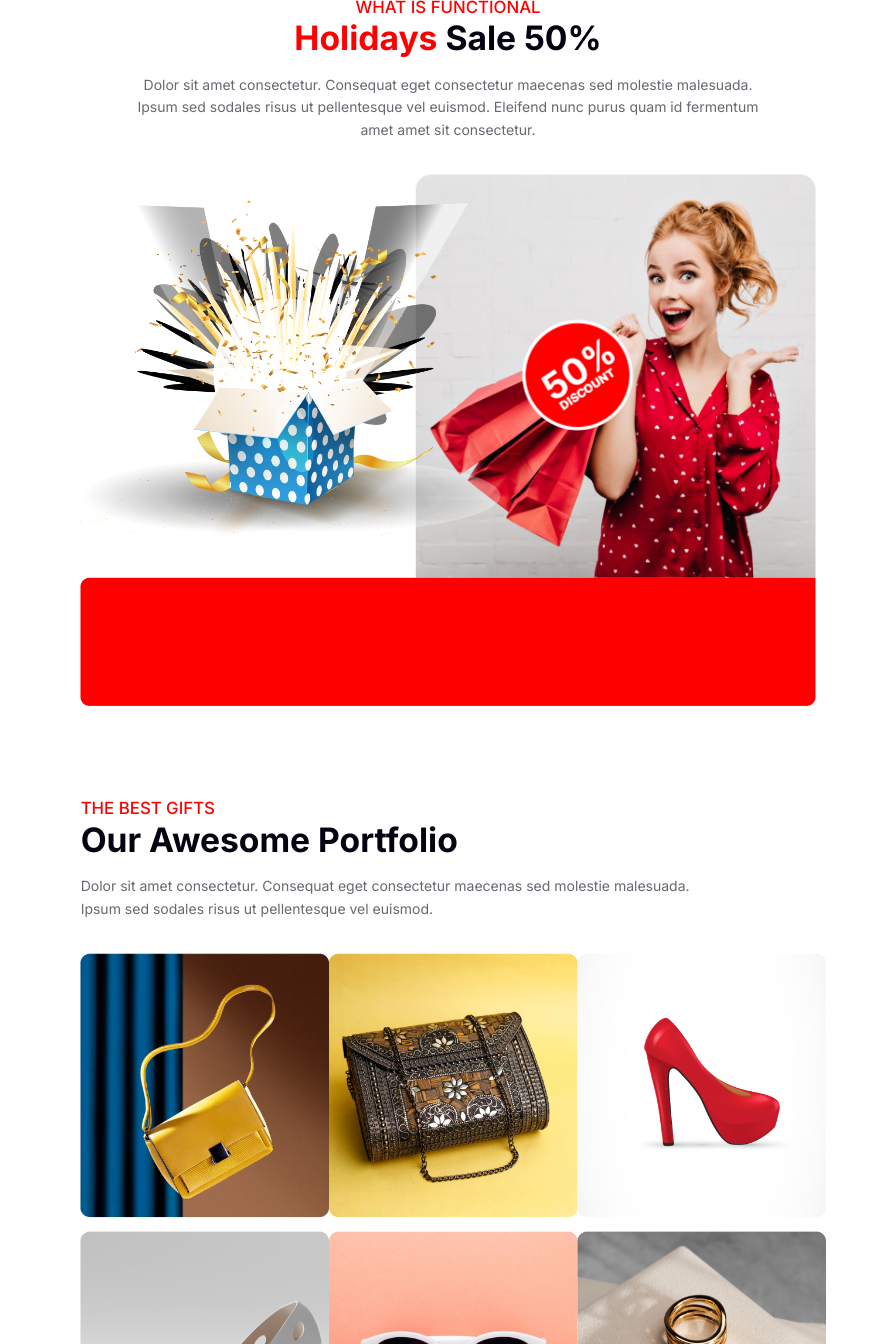
Repository: rahmatahmedrifat/First-Assignment
Page: index.html
The author's editor kept a copy of each file at every save. The page is drawn from the files as they stood at one save, then again after the next save.
The browser window is 1280 px wide. The pictures show the part of the page from y = 3418 to 5338 px (the page is 7007 px tall before and 6935 px after), at 70% of full size.

Above is the page before, as saved 2024-01-09 16:58:27.

### index.html
<!DOCTYPE html>
<html lang="en">
<head>
    <meta charset="UTF-8">
    <meta name="viewport" content="width=device-width, initial-scale=1.0">
    <!-- Title  -->
    <title>New Year 2024</title>
    <!-- favicon icon linked -->
    <link rel="shortcut icon" href="images/New Year Photo.png" type="image/x-icon">
    <!-- style css linked-->
    <link rel="stylesheet" href="Style/style.css">
</head>
<body>
    <!-- header part  -->
    <header>
        <!-- banner section part -->
        <section id="banner">
            <div class="container">
                <div class="banner-container">
                    <div class="banner-content">
                        <h3 class="celebration">Happy New Year</h3>
                        <h2 class="banner-title">New Year Party Celebration</h2>
                    </div>
                </div>
            </div>
        </section>
    </header>
    <!-- main part -->
    <main>
        <!-- categories section part  -->
            <section id="categories">
                <div class="container">
                    <div class="categories-container">
                        <h2 class="categories-discount">65% OFF</h2>
                        <p class="primary-summery">OUR HOLIDAY DEALS ARE BETTER</p>
                        <h3 class="categories-title">ALL CATEGORIES</h3>
                        <div class="categories-img">
                            <img id="new-year-img" src="images/New Year Photo.png" alt="Happy New Year">
                        </div>
                    </div>
                </div>
            </section>

            <!-- party-banner section part -->
            <section id="party-banner">
                <div class="container">
                    <div class="party-container">
                        <div class="party-content">
                            <h2 class="party-title">Welcome to midnight party</h2>
                            <p class="party-description">Dolor sit amet consectetur. Consequat eget consectetur maecenas sed molestie malesuada. Ipsum sed sodales risus ut pellentesque vel euismod. </p>
                            <button id="join-now-btn">JOIN NOW</button>
                        </div>
                        <img class="party-img" src="images/icon/Group 70.png" alt="party-img">
                    </div>
                </div>
            </section>
            <!-- Announce section part -->
            <section id="announce">
                <div class="container">
                    <div class="announce-content">
                        <h4 class="announce-title"><span class="title-color">Place:</span> New Park Hotel</h4>
                        <h4 class="announce-title"><span class="title-color">Date:</span> 31 December Night 2023</h4>
                        <h4 class="announce-title"><span class="title-color">Time:</span> Evening 7.30 pm to 12.30 am</h4>
                        <button class="announce-btn">Join Now</button>
                    </div>
                </div>
            </section>
            <!-- best offer section part -->
            <section id="best-offer">
                <div class="container">
                    <div class="best-offer-container">
                        <div class="best-offer-content">
                            <p class="primary-summery">NEW BEST OFFER</p>
                            <h3 class="similer-title">Coming Soon</h3>
                            <p class="similer-description">Dolor sit amet consectetur. Consequat eget consectetur maecenas sed molestie malesuada. Ipsum sed sodales risus ut pellentesque vel euismod. </p>
                        </div>
                        <div class="best-offer-img-content">

                                <img class="best-offer-img" src="images/Ellipse 1.png" alt="best-offer-images">

                        </div>
                        <div class="best-offer-year-content">
                            <h3 class="best-offer-year">2024</h3>
                            <p class="best-offer-description">Dolor sit amet consectetur. Consequat eget consectetur maecenas sed.</p>
                            <img class="best-offer-year-img" src="images/icon/Group 96.png" alt="best-offer-year-img">
                        </div>
                    </div>
                </div>
            </section>
            <!-- holiday section part  -->
            <section id="holiday">
                <div class="container">
                    <div class="holiday-container">
                        <div class="holiday-content">
                            <p class="primary-summery">WHAT IS FUNCTIONAL</p>
                        <h3 class="similer-title"><span class="title-color">Holidays</span> Sale 50%</h3>
                        <p class="similer-description">Dolor sit amet consectetur. Consequat eget consectetur maecenas sed molestie malesuada. Ipsum sed
                            sodales risus ut pellentesque vel euismod. Eleifend nunc purus quam id
                            fermentum amet amet sit consectetur.</p>
                        </div>
                        <div class="holiday-back-img">
                            <div class="holiday-gift-content">
                                <img src="images/icon/Group 75.png" alt="">
                            </div>
                            <div class="holiday-discount-content">
                                <img src="images/icon/Group 44.png" alt="">
                            </div>
                            <!-- <div class="holiday-ladies-content">
                                <img src="images/Rectangle 1.png" alt="">
                            </div> -->
                        </div>
                        <div class="holiday-bottom">
                            <img src="images/Rectangle 2.png" alt="">
                        </div>
                    </div>
                </div>
            </section>
            <!-- Portfolio section part -->

            <section id="portfolio">
                <div class="container">
                    <div class="portfolio-container">
                        <div class="portfolio-box">
                            <p class="primary-summery">THE BEST GIFTS</p>
                            <h3 class="similer-title">Our Awesome Portfolio</h3>
                            <p class="similer-description description-padd">Dolor sit amet consectetur. Consequat eget consectetur maecenas sed molestie malesuada. Ipsum sed sodales risus ut pellentesque vel euismod. </p>
                        </div>
                            <div class="portfolio-content">
                                <img class="portfolio-img" src="images/Portfolio images/Rectangle 3.png" alt="">
                                <img class="portfolio-img" src="images/Portfolio images/Rectangle 4.png" alt="">
                                <img class="portfolio-img" src="images/Portfolio images/Rectangle 5.png" alt="">
                            </div>
                            <div class="portfolio-content">
                                <img class="portfolio-img" src="images/Portfolio images/Rectangle 6.png" alt="">
                                <img class="portfolio-img" src="images/Portfolio images/Rectangle 7.png" alt="">
                                <img class="portfolio-img" src="images/Portfolio images/Rectangle 8.png" alt="">
                            </div>
                        </div>
                    </div>
            </section>
            <!-- newsletter section part -->
            <section id="newsletter">
                <div class="container">
                    <div class="news-container">
                        <div class="news-content">
                            <img src="images/icon/Group 61.png" alt="">
                            <h3 class="similer-title">Subscribe Newsletter</h3>
                            <p class="similer-description description-mar">Dolor sit amet consectetur. Consequat eget consectetur maecenas sed molestie malesuada. Ipsum sed sodales risus ut pellentesque vel euismod. </p>
                            <form class="form" action="">
                                <input type="email" placeholder="user@gmail.com" alt="email" id="">
                                <button class="subscribe-btn">Subscribe</button>
                            </form>
                        </div>

                    </div>
                </div>
            </section>
    </main>
    <!--  footer part -->
    <footer>
        <section id="footer">
            <div class="container">
                <div class="footer-describe-part line-color">
                    <div class="footer-address">
                        <p class="address-similer">44, Big Building Roosevelt Street</p>
                        <p class="address-similer">Beach Gardens Florida 33410</p>
                    </div>
                    <div class="footer-address">
                        <div class="call-icon">
                            <img src="images/icon/Call.png" alt="">
                            <a class="address-similer">+00 123 584 124</a>
                        </div>
                        <div class="website-icon">
                            <img src="images/icon/Website.png" alt="">
                            <a class="address-similer">www.website.com</a>
                        </div>
                    </div>
                </div>

                <div class="footer-social line-color">
                    <a href=""><img src="images/icon/Facebook.png" alt=""></a>
                    <a href=""><img src="images/icon/Instagram.png" alt=""></a>
                    <a href=""><img src="images/icon/Twitter.png" alt=""></a>
                    <a href=""><img src="images/icon/Linkedin.png" alt=""></a>
                </div>

                <div class="reserved">
                    <p>2017, All Rights Reserved.</p>
                    <p>Unsubscribe</p>
                </div>
            </div>
        </section>
    </footer>
</body>
</html>

### Style/style.css
/* import google fonts */
@import url('https://fonts.googleapis.com/css2?family=Inter:wght@100;200;300;400;500;600;700;800;900&family=Merriweather:ital,wght@0,300;0,400;0,700;0,900;1,300;1,400;1,700;1,900&display=swap');

*{
    margin: 0;
    padding: 0;
    outline: 0;
}

.container{
    width: 82%;
    margin: 0 auto;
}
/* primary content */
.primary-summery{
    font-family: Inter;
    font-size: 24px;
    font-style: normal;
    font-weight: 500;
    color: #F00;
    line-height: normal;
}
/* title-color */
.title-color{
    color: #F00;
}
/* banner section related css style */
#banner{
    margin-top: 30px;
}
.banner-container{
    background-image: linear-gradient(180deg, #070211 0%, rgba(7, 2, 17, 0.00) 100%), url(../images/Banner\ Image.png);
    background-size: cover;
    background-repeat: no-repeat;
    background-position: center;
    border-radius: 16px;
    padding: 177px 0px;
}
.banner-container .banner-content{
    width: 632px;
    margin: 0 auto;
}
.banner-container .banner-content .celebration{
    color: #FFF;
    text-align: center;
    font-family: Merriweather;
    font-size: 32px;
    font-style: normal;
    font-weight: 400;
    line-height: normal;
    margin-bottom: 16px;
    z-index: 99;
}
.banner-container .banner-content .banner-title{
    color: #FFF;
    text-align: center;
    font-family: Merriweather;
    font-size: 72px;
    font-style: normal;
    font-weight: 900;
    line-height: 95px;
}
/* categories section related css style */

#categories{
    margin: 120px 0px;
}
.categories-container{
    text-align: center;
}
.categories-container .categories-discount{
    font-family: Inter;
    font-size: 88px;
    font-style: normal;
    font-weight: 700;
    color: #F00;
    line-height: normal;
    margin-bottom: 48px;
}

.categories-title{
    font-family: Inter;
    font-size: 48px;
    font-style: normal;
    font-weight: 700;
    color: #070211;
    line-height: normal;
    margin-bottom: 48px;
}
.categories-container .categories-img{
    width: 800px;
    margin: 0 auto;
}
.categories-img #new-year-img{
    max-width: 100%;
}

/* party-banner section css style  */
#party-banner{

}
.party-container{
    background-image: linear-gradient(90deg, #070211 0%, rgba(7, 2, 17, 0.00) 100%), url(../images/Vectorrr.png);
    background-position: center;
    background-repeat: no-repeat;
    background-size: cover;
    display: flex;
    align-items: center;
    justify-content: space-between;
    border-radius: 16px;
    padding: 70px 70px;
}
.party-container .party-content{
    width: 900px;
}
.party-content .party-title{
    font-family: Merriweather;
    font-size: 64px;
    font-style: normal;
    font-weight: 900;
    color: #FFF;
    line-height: 88px;
    letter-spacing: 3px;
}
.party-content .party-description{
    font-family: Inter;
    font-size: 18px;
    font-style: normal;
    font-weight: 400;
    color: rgba(255, 255, 255, 0.80);
    line-height: 30px;
    margin-top: 20px;
}
#join-now-btn{
    font-family: Inter;
    font-size: 20px;
    font-style: normal;
    font-weight: 700;
    color: #FFF;
    background: transparent;
    line-height: normal;
    text-transform: uppercase;
    border: none;
    cursor: pointer;
    margin-top: 48px;
    margin-left: 32px;
}
.party-container .party-img{
    width: 270px;
    max-width: 100%;
}

/* Announce section css style */

#announce{
    margin: 120px 0px;
}
.announce-content{
    background: linear-gradient(180deg, rgba(255, 0, 0, 0.10) 0%, rgba(255, 0, 0, 0.00) 100%);
    padding: 100px 0;
    text-align: center;
}
.announce-content .announce-title{
    color: #070211;
    font-family: Inter;
    font-size: 32px;
    font-style: normal;
    font-weight: 600;
    line-height: 56px;
    text-transform: capitalize;
}
.announce-btn{
    font-family: Inter;
    font-size: 20px;
    font-style: normal;
    font-weight: 700;
    line-height: normal;
    color: #FFF;
    text-align: center;
    text-transform: uppercase;
    border-radius: 8px;
    background: #F00;
    padding: 16px 32px;
    border: none;
    cursor: pointer;
    transition: all ease 0.5s;
    margin-top: 48px;
}
.announce-btn:hover{
    background: #fff;
    color: #f00;
    outline: 1px solid #F00;
}
/* best-offer section style css */
#best-offer{
    margin-bottom: 128px;
}
.similer-title{
    font-family: Inter;
    font-size: 48px;
    font-style: normal;
    font-weight: 700;
    color: #070211;
    line-height: normal;
}
.similer-description{
    font-family: Inter;
    font-size: 20px;
    font-style: normal;
    font-weight: 400;
    color: rgba(7, 2, 17, 0.60);
    line-height: 32px;
    margin-top: 22px;
}
.best-offer-container{
    display: flex;
    align-items: center;
    gap: 20px;
}
.best-offer-content{
    width: 700px;
}
.best-offer-img-content{
    min-height: 350px;
    min-width: 350px;
    border: 15px solid #f00;
    border-radius: 50%;
    position: relative;
    position: relative;
}
.best-offer-img-content .best-offer-img{
    position: absolute;
    width: 270px;
    inset: 41px;
}
.best-offer-year-content .best-offer-year{
    font-family: Inter;
    font-size: 48px;
    font-style: normal;
    font-weight: 700;
    color: #F00;
    line-height: normal;
    margin-top: 65px;
}
.best-offer-year-content .best-offer-description{
    margin-top: 10px !important;

}
.best-offer-year-content{
    width: 500px;
}
.best-offer-year-content .best-offer-year-img{
    max-width: 140px;
    margin-top: 38px;
}


/*  portfolio section css style */
.portfolio-container{

}
.portfolio-container .description-padd{
    margin-bottom: 48px ;
}
.portfolio-container .portfolio-content{
    display: flex;
    align-items: center;
    justify-content: space-between;
    margin-top: 20px;
}
.portfolio-box{
    width: 896px;
}
.portfolio-container .portfolio-content .portfolio-img{
    max-width: 355px;
    transition: all ease 0.5s;
}
.portfolio-content .portfolio-img:hover{
    filter: grayscale(1);
    transform: scale(1.05);
}
/* newsletter section css style  */
#newsletter{
    margin: 128px 0px;
}
.news-container{
    border-radius: 16px;
    background: rgba(255, 0, 0, 0.05);
    padding: 80px 0px;
}
.news-content{
    width: 896px;
    margin: 0 auto;
    text-align: center;
}
.news-content img{
    width: 150px;
    height: 150px;
}
.form{
    width: 648px;
    height: 72px;
    display: flex;
    margin: 0 auto;
}
.form input{
    background: #fff;
    width: 438px;
    flex-grow: 1;
    color: rgba(7, 2, 17, 0.30);
    font-family: Inter;
    font-size: 18px;
    font-style: normal;
    font-weight: 400;
    line-height: normal;
    padding-top: 25px;
    padding-bottom: 25px;
    padding-left: 30px;
    border: none;
    border-radius: 50px 0px 0px 50px;
    outline: 1px transparent;
    transition: all ease 0.5s;
}
.form input:hover{
    outline: 1px solid #f00;
}
.form .subscribe-btn{
    color: #FFF;
    font-family: Inter;
    font-size: 20px;
    font-style: normal;
    font-weight: 600;
    line-height: normal;
    text-transform: capitalize;
    border-radius: 0px 50px 50px 0px;
    background: #F00;
    padding: 24px 56px;
    border: none;
    transition: all ease 0.5s;
}
.form .subscribe-btn:hover{
    outline: 1px solid #f00;
    background: #fff;
    color: #f00;
}
.description-mar{
    margin-bottom: 48px;
}
/* footer section part css style */

#footer{
    background: #070211;
    padding: 120px 0;
}
.line-color{
    border-bottom: 1px solid rgba(255, 255, 255, 0.15);
}
.footer-describe-part{
    display: flex;
    justify-content: space-between;
}
.footer-address{
    margin-bottom: 50px;
}
.footer-address .address-similer {
    color: #FFF;
    font-family: Inter;
    font-size: 24px;
    font-style: normal;
    font-weight: 500;
    line-height: 40px;
    text-decoration: none;
    cursor: pointer;
}
.call-icon, .website-icon{
    display: flex;
    align-items: center;
}
.call-icon img, .website-icon img{
    width: 24px;
    margin-right: 15px;
}

.footer-social{
    text-align: center;
    padding: 48px 0;
}
.footer-social a{
    width: 64px;
    margin-right: 24px;
}
.footer-social a:hover{
    filter: grayscale(1);
}

.reserved{
    display: flex;
    justify-content: space-between;
    align-items: center;
    margin-top: 50px;
}
.reserved p{
    color: #FFF;
    font-family: Inter;
    font-size: 24px;
    font-style: normal;
    font-weight: 500;
    line-height: normal;
}



/* holiday section css style */
#holiday{
    margin-bottom: 128px;
}
.holiday-container{
    text-align: center;
}
.holiday-container .holiday-content{
    width: 920px;
    margin: 0 auto;
}
.holiday-back-img{
    display: flex;
    align-items: center;
    margin-top: 48px;
    background-image: url(../images/Rectangle\ 1.png);
    background-repeat: no-repeat;
    background-size: contain;
    height: 80vh;
    background-position: bottom right;
}
.holiday-back-img .holiday-gift-content{
    width: 600px;
}
.holiday-back-img .holiday-gift-content img{
    max-width: 100%;
}
.holiday-back-img .holiday-discount-content{
    width: 220px;
}
.holiday-back-img .holiday-discount-content img{
    max-width: 100%;
}
/* .holiday-back-img .holiday-ladies-content{
    width: 429px;
    position: relative;
    bottom: -34px;
    left: 0;
}
.holiday-back-img .holiday-ladies-content img{
    max-width: 100%;
} */

.holiday-bottom img{
    width: 100%;
}

After the next save:
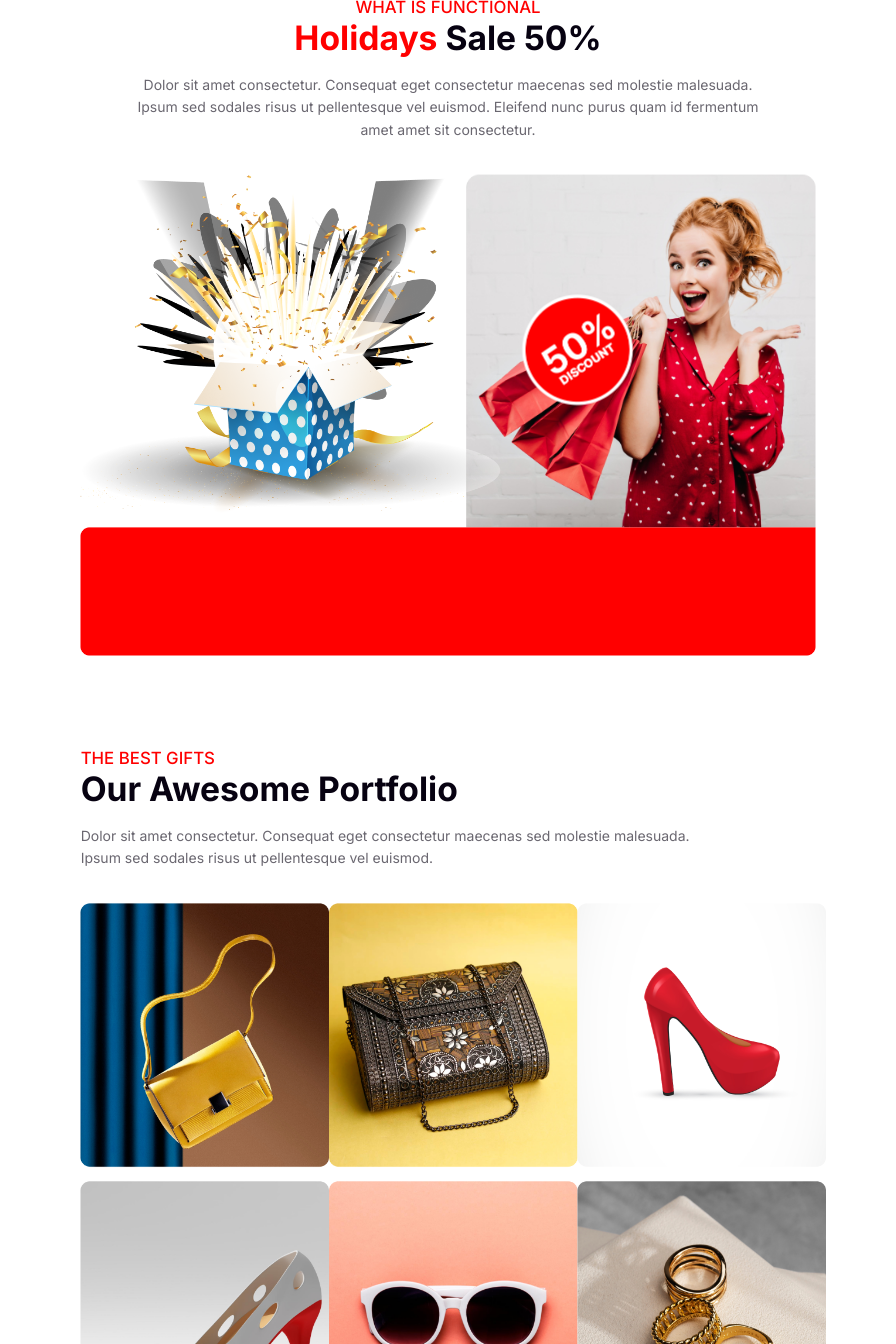
Saved 21 s later.
--- a/Style/style.css
+++ b/Style/style.css
@@ -428,7 +428,7 @@
     background-image: url(../images/Rectangle\ 1.png);
     background-repeat: no-repeat;
     background-size: contain;
-    height: 80vh;
+    height: 70vh;
     background-position: bottom right;
 }
 .holiday-back-img .holiday-gift-content{
